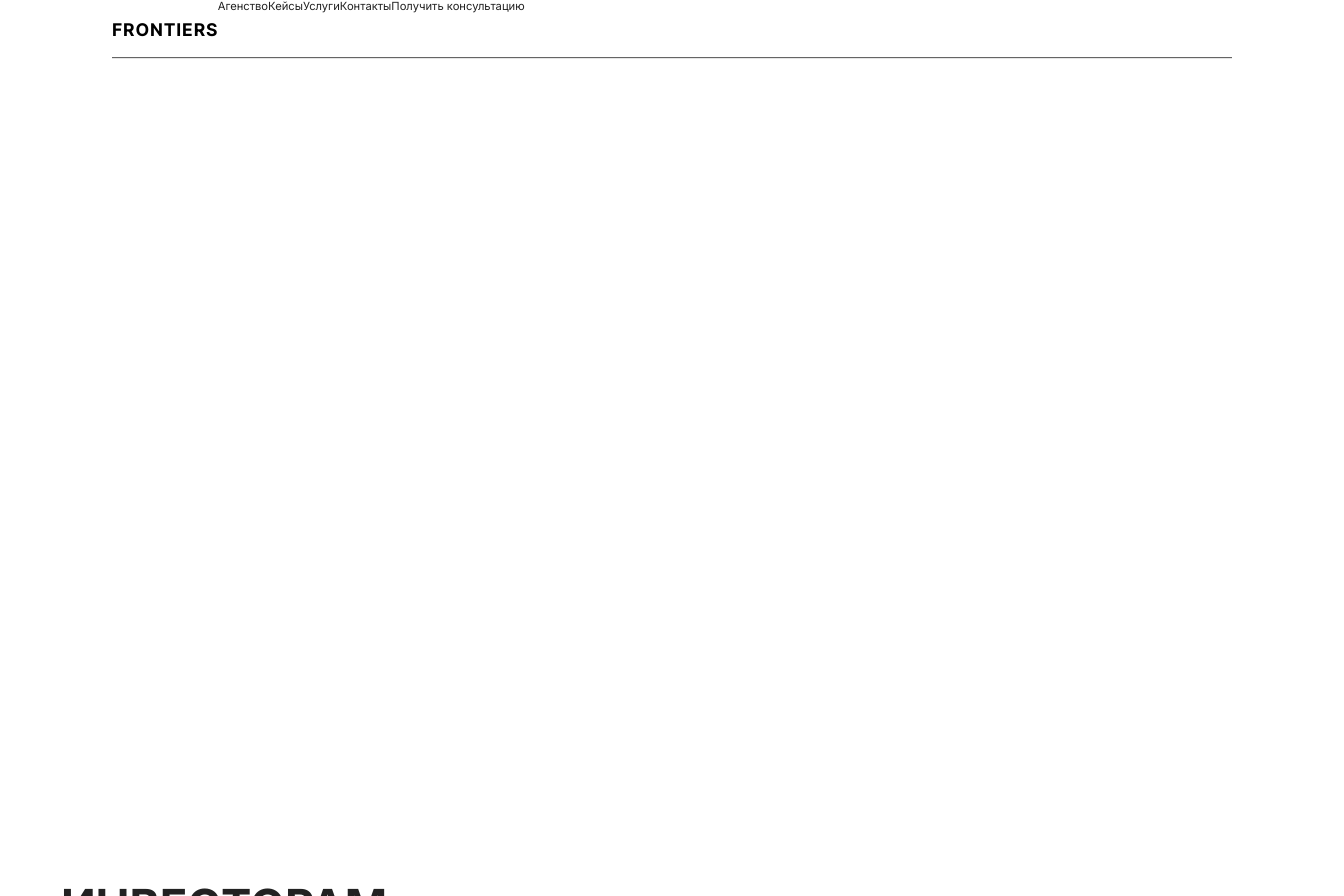
Repository: NadyaKorvin/frontiers
Page: /
An editor plug-in stored every save of this project. The page is shown before and after the next save, followed by the edit.
The browser window is 1280 px wide. The page is 1920 px wide, so the pictures cover 1920 px, including what lies to the right of the window. The pictures show the part of the page from y = 0 to 1280 px (the page is 1728 px tall), at 70% of full size.
The project was rebuilt for these pictures with package versions that can differ from the ones it lists, and the page was loaded fresh each time.

Above is the page before, as saved 2022-05-23 03:03:05.

After the next save:
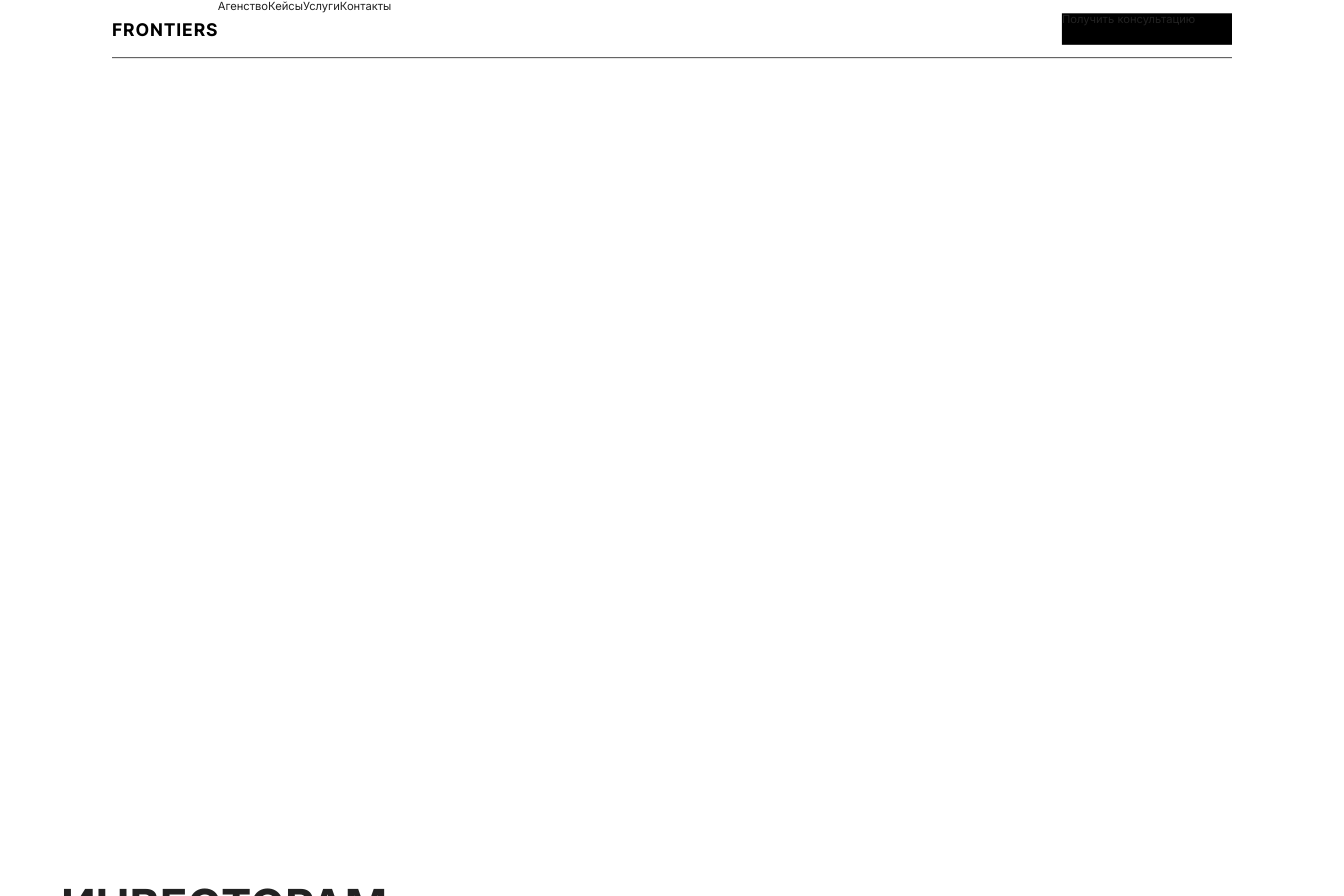
Saved 15 s later.
--- a/src/components/firstScreen/FirstScreen.module.css
+++ b/src/components/firstScreen/FirstScreen.module.css
@@ -27,9 +27,15 @@
 }
 
 .nav__sidebar {
-    display: flex;
+  display: flex;
 }
 
 .button {
+  position: absolute;
+  width: 243px;
+  height: 45px;
+  left: 1517px;
+  top: 19px;
 
+  background: #000000;
 }

After the save that followed:
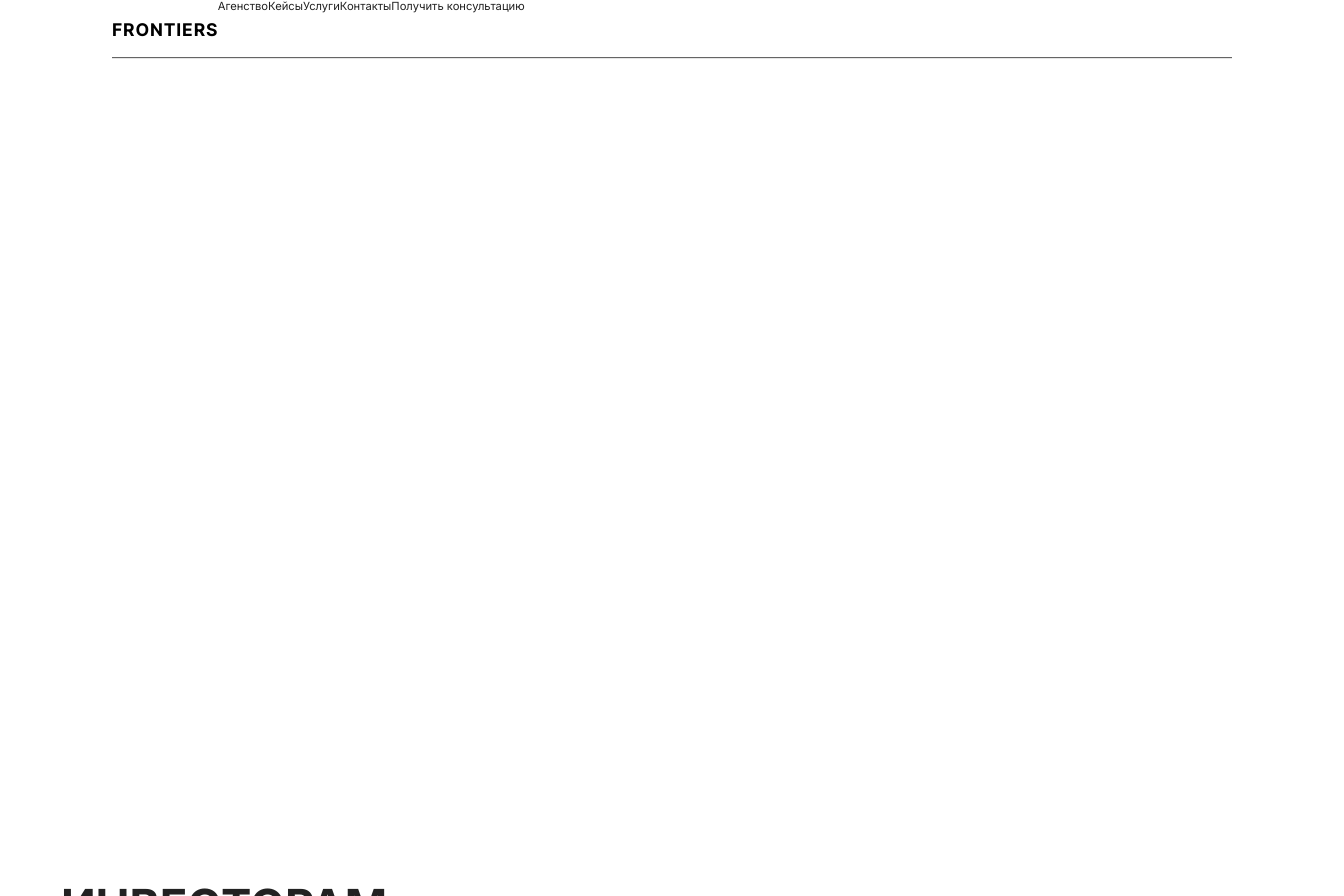
Saved 21 s later.
--- a/src/components/firstScreen/FirstScreen.module.css
+++ b/src/components/firstScreen/FirstScreen.module.css
@@ -29,7 +29,7 @@
 .nav__sidebar {
   display: flex;
 }
-
+/*
 .button {
   position: absolute;
   width: 243px;
@@ -38,4 +38,4 @@
   top: 19px;
 
   background: #000000;
-}
+} */
